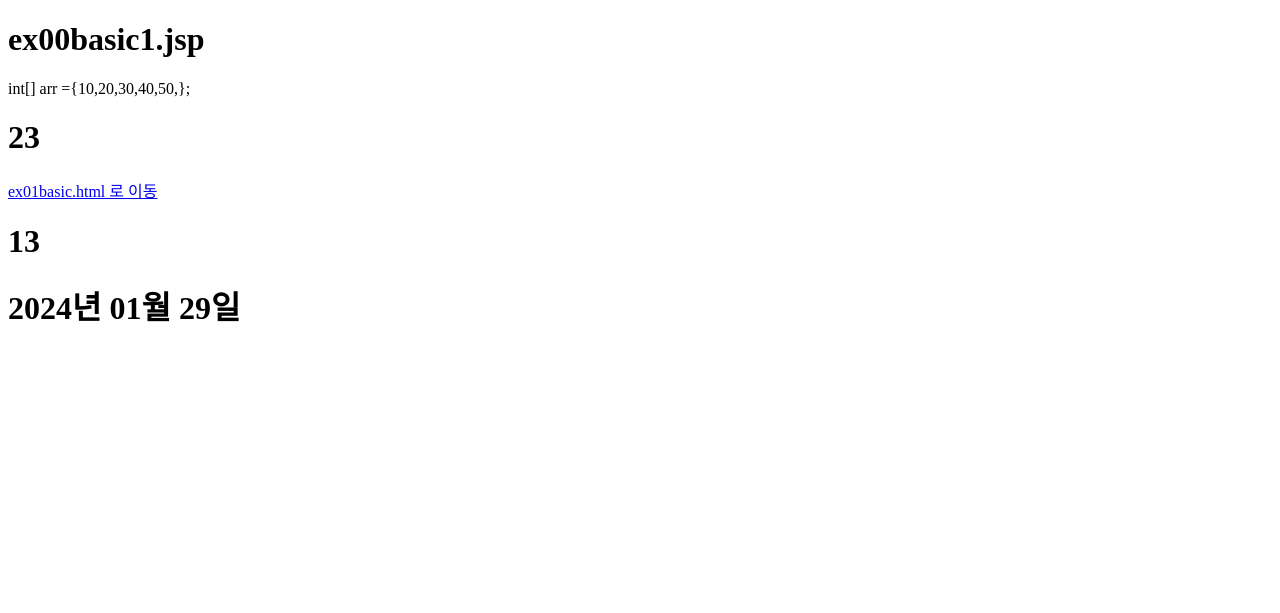
Repository: wonusuh/WonuSuhJspWorkspace
Page: http://localhost/basicJSP/ex00basic1.jsp
The author's editor kept a copy of each file at every save. The page is drawn from the files as they stood at one save, then again after the next save.
The browser window is 1280 px wide. The pictures show the whole page.
The page is served by Tomcat 9.

Above is the page before, as saved 2024-01-29 08:33:47.

After the next save:
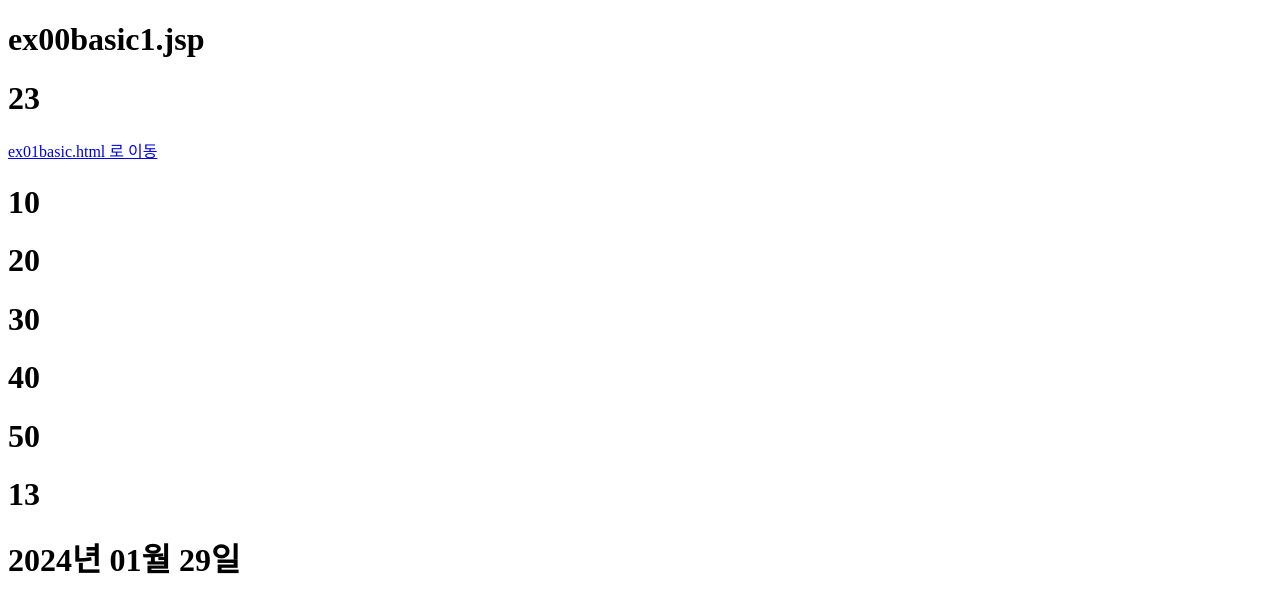
Saved 77 s later.
--- a/basicJSP/src/main/webapp/ex00basic1.jsp
+++ b/basicJSP/src/main/webapp/ex00basic1.jsp
@@ -11,9 +11,9 @@
 <body>
 	<h1>ex00basic1.jsp</h1>
 	<%
+	int[] arr ={10,20,30,40,50,};
 	int num = 3 + 10;
 	%>
-	int[] arr ={10,20,30,40,50,};
 	<h1><%=num + 10%></h1>
 	<a href="./ex01basic.html">ex01basic.html 로 이동</a>
 	<%
@@ -21,6 +21,11 @@
 	System.out.println(today);
 	String now = today.format(DateTimeFormatter.ofPattern("yyyy년 MM월 dd일"));
 	%>
+	<%
+	for(int i=0; i <arr.length; i+=1){
+		out.println("<h1>"+arr[i]+"</h1>");
+	}
+	%>
 	<h1><%=num%></h1>
 	<h1><%=now%></h1>
 </body>
